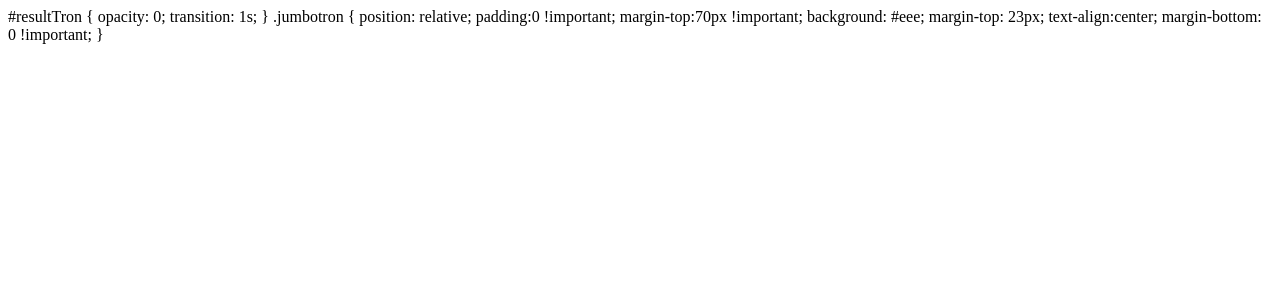
Repository: quibfiddle/WebDevBootcamp
Page: http://localhost/numbers.css
The author's editor kept a record of every edit. The page is drawn from the files as they stood at one moment, then again after the next edit.
The browser window is 1280 px wide. The pictures show the whole page.
The page is served by the project's Node server (MoreExpress/LogansChallenge/app.js).

Above is the page before.

After the next edit:
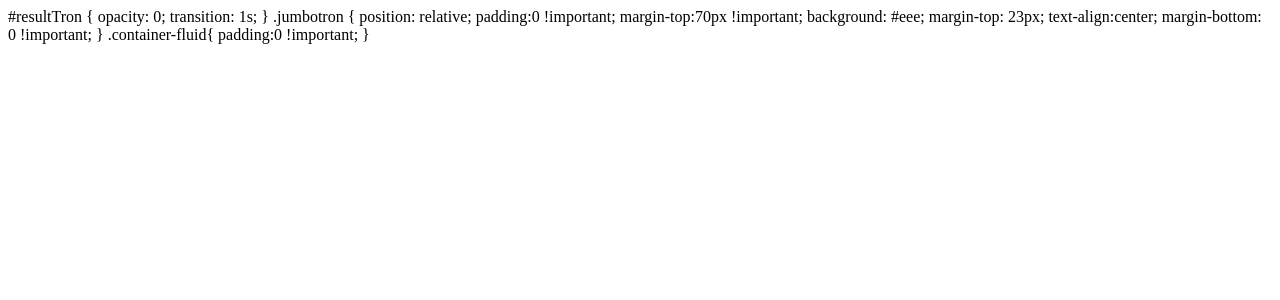
The edit:
--- a/C9Workspace/MoreExpress/LogansChallenge/views/numbers.css.ejs
+++ b/C9Workspace/MoreExpress/LogansChallenge/views/numbers.css.ejs
@@ -12,3 +12,7 @@
     text-align:center;
     margin-bottom: 0 !important;
 }
+
+.container-fluid{
+    padding:0 !important;
+}
